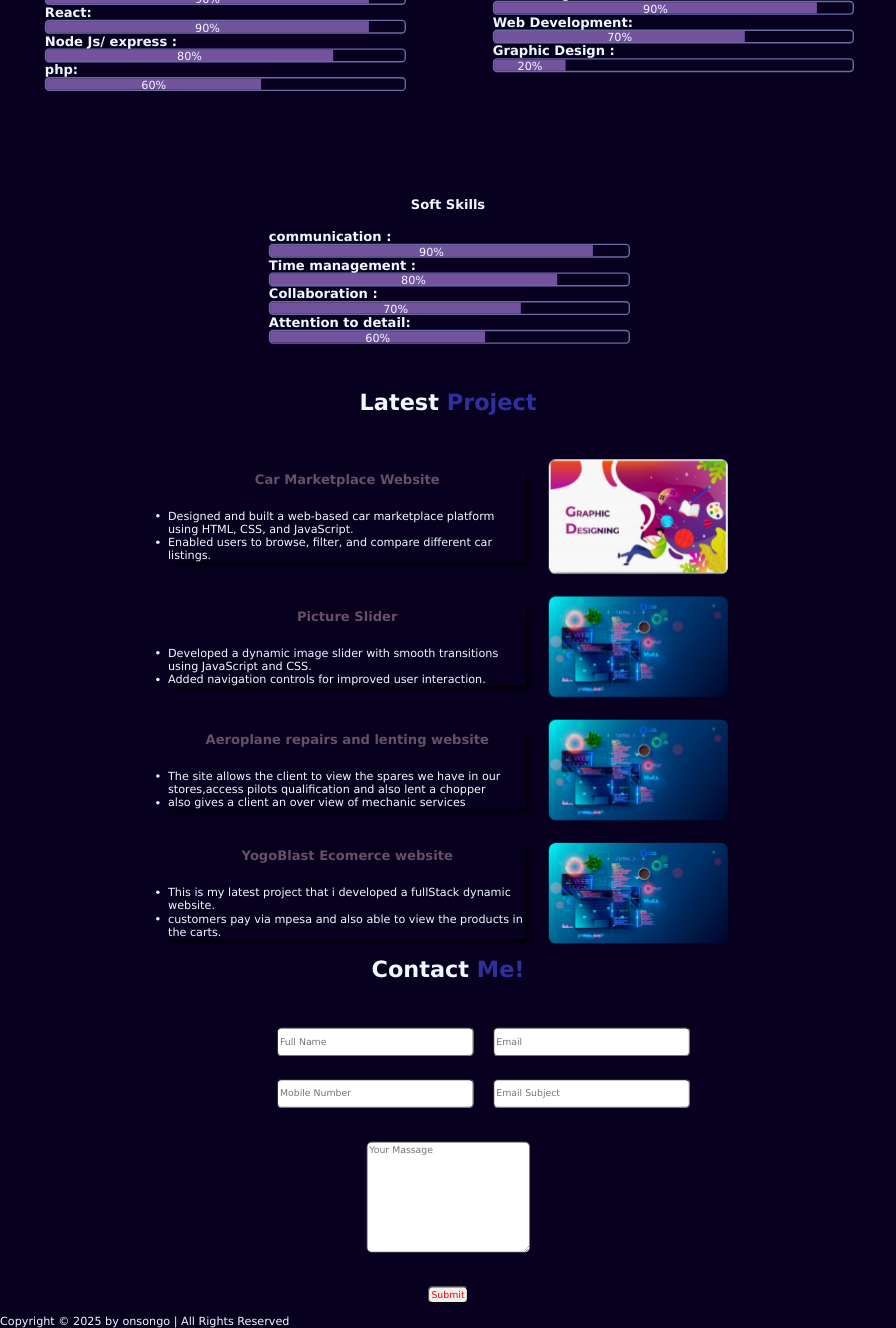
Repository: shrewd-baddest/portfolio
Page: myportfolio-main/index.html
These files come from the project's save history. The page is drawn as it stood at one moment and after a run of saves; the edit follows.
The browser window is 1280 px wide. The pictures show the part of the page from y = 1673 to 3593 px (the page is 3570 px tall before and 3593 px after), at 70% of full size.
Some web libraries are served in a nearby version.

Above is the page before, as saved 2025-06-24 08:01:05.

After the next 3 saves:
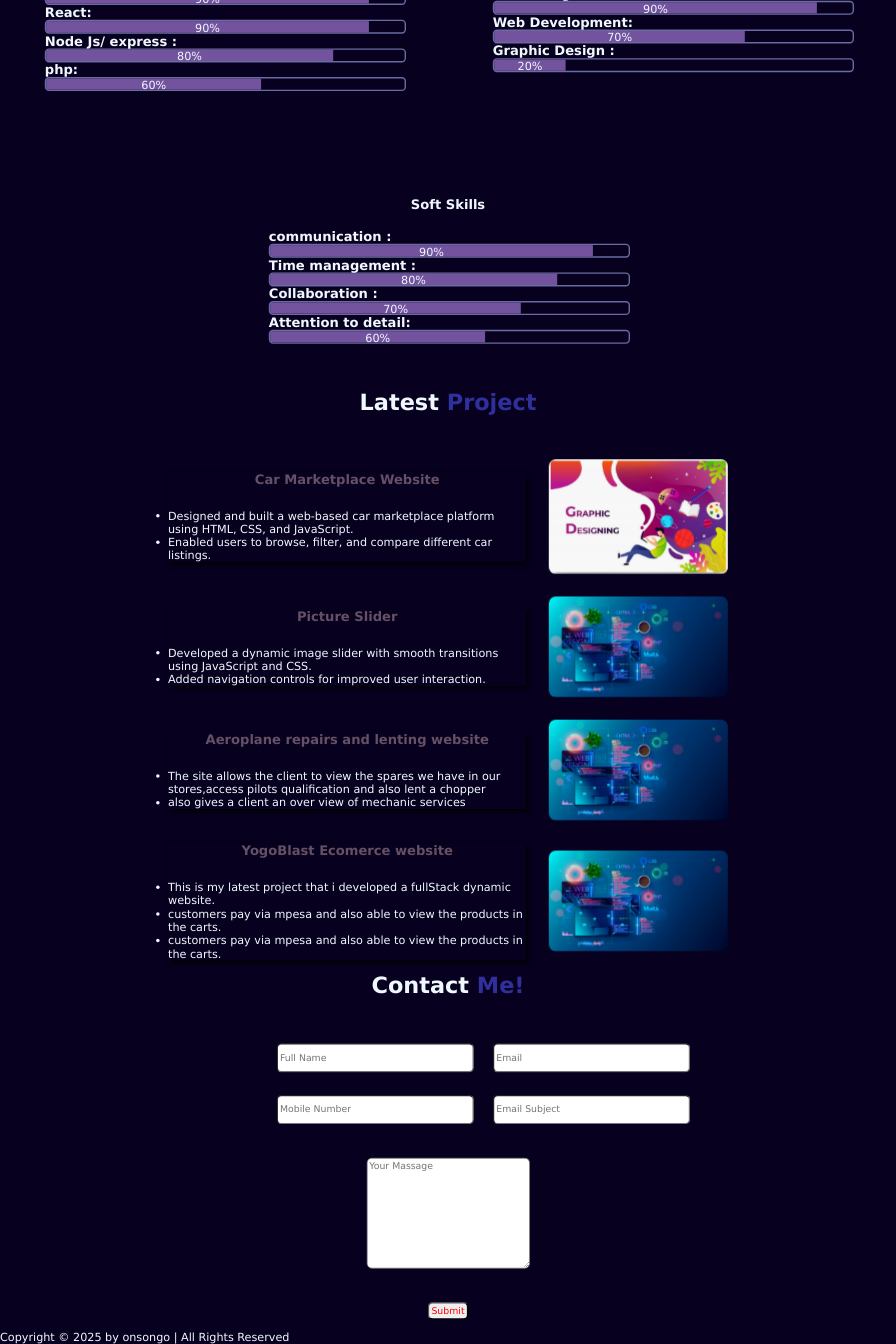
The 3 saves are shown as one change because they came seconds apart.
The last was saved 8 s later.
--- a/myportfolio-main/index.html
+++ b/myportfolio-main/index.html
@@ -212,6 +212,7 @@
                     <ul>
                         <li>This is my latest project that i developed a fullStack dynamic website.</li>
                         <li>customers pay via mpesa and also able to view the products in the carts.</li>
+                                            <li>customers pay via mpesa and also able to view the products in the carts.</li>
 
                     </ul>
 
